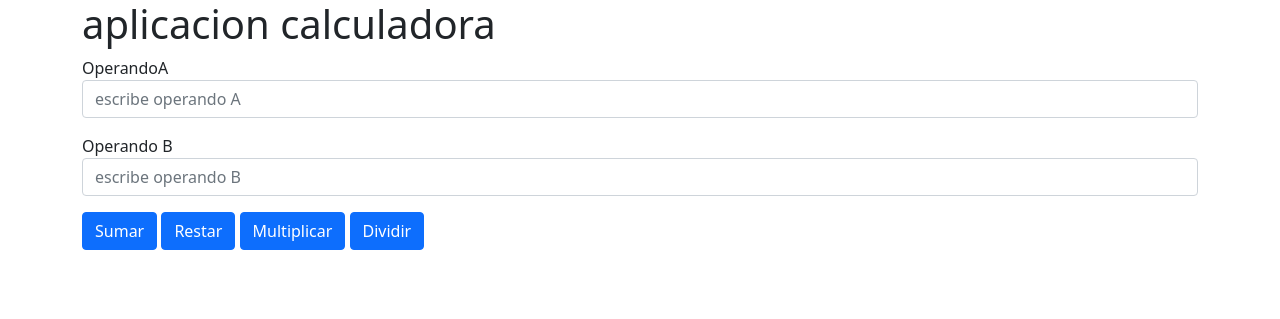
Repository: iwinser117/dw
Page: javascript udemy 43/ejercices/calculadora/index.html
An editor plug-in stored every save of this project. The page is shown before and after the next save, followed by the edit.
The browser window is 1280 px wide. The pictures show the whole page.

Above is the page before, as saved 2022-10-02 12:31:59.

After the next save:
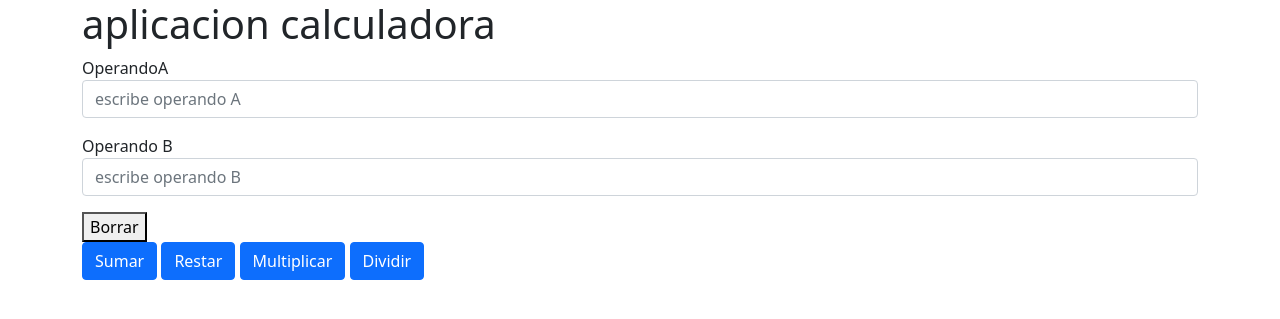
Saved 8 s later.
--- a/javascript udemy 43/ejercices/calculadora/index.html
+++ b/javascript udemy 43/ejercices/calculadora/index.html
@@ -23,8 +23,7 @@
                 <label for="operandoB">Operando B</label>
                 <input type="number" class="form-control" placeholder="escribe operando B" id="operandoB">
             </div>
-
-
+            <button type="reset" value="Borrar">Borrar</button>
     </form>
 
     <div class="btn-fcn" >
